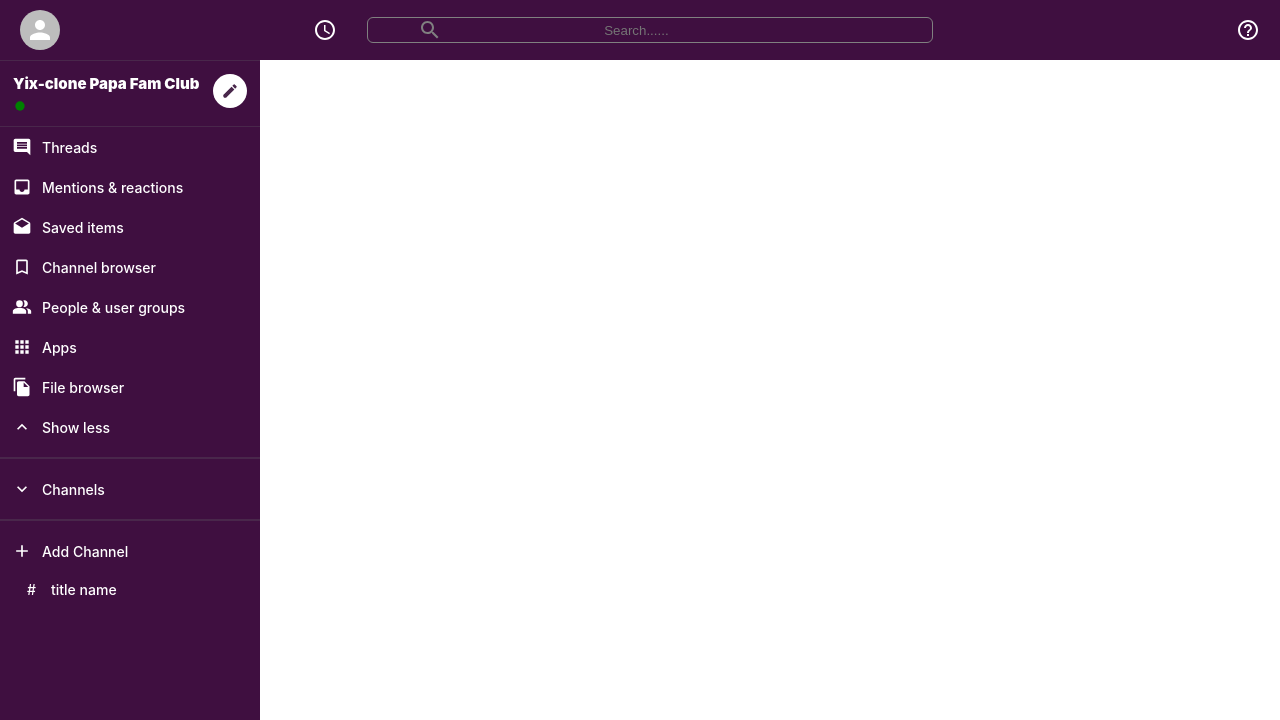
Repository: Tracy-maker/slack-clone
Page: /
An editor plug-in stored every save of this project. The page is shown before and after the next save, followed by the edit.
The browser window is 1280 px wide. The pictures show the whole page.
The project was rebuilt for these pictures with package versions that can differ from the ones it lists, and the page was loaded fresh each time. Also part of the build but not shown: src/App.css.

Above is the page before, as saved 2023-11-15 15:05:01.

### src/App.js
import React from "react";
import { createBrowserRouter, RouterProvider, Route } from "react-router-dom";
import styled from "styled-components";
import Chat from "./components/Chat/Chat";
import "./App.css";
import Login from "./components/Login/Login";
import Header from "./components/Header/Header";
import Sidebar from "./components/Sidebar/Sidebar";

const AppLoading = styled.div`
  display: grid;
  place-items: center;
  height: 100vh;
  width: 100%;
`;

const AppLoadingContents = styled.div`
  text-align: center;
  padding-bottom: 100px;
  display: flex;
  flex-direction: column;
  justify-content: center;
  align-items: center;

  > img {
    height: 100px;
    padding: 20px;
    margin-bottom: 40px;
  }
`;

const AppBody = styled.div`
  display: flex;
  height: 100vh;
`;

function App() {
  const router = createBrowserRouter([
    {
      path: "/",
      element: <Chat />,
    },
  ]);

  return (
    <div className="app">
      <Login />

      <>
        <Header />
        <AppBody>
          <Sidebar />
          <RouterProvider router={router} />
        </AppBody>
      </>
    </div>
  );
}

export default App;

### src/index.css
*{
    margin: 0;
  }

  body {
    --slack-color: #3f0f40;
    overflow: hidden;

    margin: 0;
    font-family: -apple-system, BlinkMacSystemFont, 'Segoe UI', 'Roboto', 'Oxygen',
      'Ubuntu', 'Cantarell', 'Fira Sans', 'Droid Sans', 'Helvetica Neue',
      sans-serif;
    -webkit-font-smoothing: antialiased;
    -moz-osx-font-smoothing: grayscale;
  }

  code {
    font-family: source-code-pro, Menlo, Monaco, Consolas, 'Courier New',
      monospace;
  }

### src/features/counterSlice.js
import { createSlice } from "@reduxjs/toolkit";

const initialState = {
  value: 0,
  status: "idle",
};

export const counterSlice = createSlice({
  name: "counter",
  initialState,
  // The `reducers` field lets us define reducers and generate associated actions
  reducers: {
    increment: (state) => {
      // Redux Toolkit allows us to write "mutating" logic in reducers. It
      // doesn't actually mutate the state because it uses the Immer library,
      // which detects changes to a "draft state" and produces a brand new
      // immutable state based off those changes
      state.value += 1;
    },
    decrement: (state) => {
      state.value -= 1;
    },
    // Use the PayloadAction type to declare the contents of `action.payload`
    incrementByAmount: (state, action) => {
      state.value += action.payload;
    },
  },
});

export default counterSlice.reducer;

### src/components/Chat/Chat.jsx
import React from "react";

function Chat() {
  return <div>chat</div>;
}

export default Chat;

### src/components/Header/Header.jsx
import React from "react";
import styled from "styled-components";
import { Avatar } from "@mui/material";
import { AccessTime, HelpOutline, Search } from "@mui/icons-material";

const HeaderContainer = styled.div`
  display: flex;
  position: fixed;
  width: 100%;
  align-items: center;
  justify-content: space-between;
  padding: 10px 0;
  background-color: var(--slack-color);
  color: white;
`;

const HeaderLeft = styled.div`
  flex: 0.3;
  display: flex;
  align-items: center;
  margin-left: 20px;

  > .MuiSvgIcon-root {
    margin-left: auto;
    margin-right: 30px;
  }
`;

const HeaderAvatar = styled(Avatar)`
  cursor: pointer;

  :hover {
    opacity: 0.8;
  }
`;

const HeaderSearch = styled.div`
  flex: 0.4;
  opacity: 1;
  border-radius: 6px;
  border-color: #421f44;
  text-align: center;
  display: flex;
  padding: 0 50px;
  color: gray;
  border: 1px gray solid;

  > input {
    background-color: transparent;
    border: none;
    text-align: center;
    min-width: 30vw;
    outline: 0;
    color: white;
  }
`;

const HeaderRight = styled.div`
  flex: 0.3;
  display: flex;
  align-items: flex-end;

  > .MuiSvgIcon-root {
    margin: auto;
    margin-right: 20px;
  }
`;

function Header() {
  return (
    <HeaderContainer>
      <HeaderLeft>
        <HeaderAvatar />
        <AccessTime />
      </HeaderLeft>

      <HeaderSearch>
        <Search />
        <input placeholder="Search......" />
      </HeaderSearch>

      <HeaderRight>
        <HelpOutline />
      </HeaderRight>
    </HeaderContainer>
  );
}

export default Header;

### src/components/Sidebar/Sidebar.jsx
import React from "react";
import styled from "styled-components";
import FiberManualRecordIcon from "@mui/icons-material/FiberManualRecord";
import CreateIcon from "@mui/icons-material/Create";
import InsertCommentIcon from "@mui/icons-material/InsertComment";
import InboxIcon from "@mui/icons-material/Inbox";
import DraftsIcon from "@mui/icons-material/Drafts";
import BookmarkBorderIcon from "@mui/icons-material/BookmarkBorder";
import PeopleAltIcon from "@mui/icons-material/PeopleAlt";
import AppsIcon from "@mui/icons-material/Apps";
import FileCopyIcon from "@mui/icons-material/FileCopy";
import ExpandLessIcon from "@mui/icons-material/ExpandLess";
import ExpandMoreIcon from "@mui/icons-material/ExpandMore";
import AddIcon from "@mui/icons-material/Add";
import SidebarOption from "../SidebarOption/SidebarOption";

const SidebarContainer = styled.div`
  flex: 0.3;
  color: white;
  background-color: var(--slack-color);
  border-top: 1px solid #49274b;
  max-width: 260px;
  margin-top: 60px;

  > hr {
    margin-top: 10px;
    margin-bottom: 10px;
    border: 1px solid #49274b;
  }
`;

const SidebarHeader = styled.div`
  display: flex;
  border-bottom: 1px solid #49274b;
  padding: 13px;

  > .MuiSvgIcon-root {
    padding: 8px;
    color: #49274b;
    font-size: 18px;
    background-color: white;
    border-radius: 999px;
  }
`;

const SidebarInfo = styled.div`
  flex: 1;

  > h2 {
    font-size: 15px;
    font-weight: 900;
    margin-bottom: 5px;
  }

  > h3 {
    display: flex;
    font-size: 13px;
    font-weight: 400;
    align-items: center;
  }

  > h3 > .MuiSvgIcon-root {
    font-size: 14px;
    margin-top: 1px;
    margin-right: 2px;
    color: green;
  }
`;

function Sidebar() {
  return (
    <SidebarContainer>
      <SidebarHeader>
        <SidebarInfo>
          <h2>Yix-clone Papa Fam Club</h2>
          <h3>
            <FiberManualRecordIcon />
          </h3>
        </SidebarInfo>
        <CreateIcon />
      </SidebarHeader>
      <SidebarOption Icon={InsertCommentIcon} title="Threads" />
      <SidebarOption Icon={InboxIcon} title="Mentions & reactions" />
      <SidebarOption Icon={DraftsIcon} title="Saved items" />
      <SidebarOption Icon={BookmarkBorderIcon} title="Channel browser" />
      <SidebarOption Icon={PeopleAltIcon} title="People & user groups" />
      <SidebarOption Icon={AppsIcon} title="Apps" />
      <SidebarOption Icon={FileCopyIcon} title="File browser" />
      <SidebarOption Icon={ExpandLessIcon} title="Show less" />
      <hr />
      <SidebarOption Icon={ExpandMoreIcon} title="Channels" />
      <hr />
      <SidebarOption Icon={AddIcon} title="Add Channel" addChannelOption />

      <SidebarOption key="id" title="title name" id="id" />
    </SidebarContainer>
  );
}

export default Sidebar;

### src/components/SidebarOption/SidebarOption.jsx
import React from "react";
import styled from "styled-components";

const SidebarOptionContainer = styled.div`
  display: flex;
  font-size: 12px;
  align-items: center;
  padding-left: 2px;
  cursor: pointer;

  :hover {
    opacity: 0.9;
    background-color: #340e36;
  }

  > h3 {
    font-weight: 500;
  }

  > h3 > span {
    padding: 15px;
  }
`;

const SidebarOptionChannel = styled.h3`
  padding: 10px;
  font-weight: 300;
`;

function SidebarOption({ Icon, title, addChannelOption, id }) {
  return (
    <SidebarOptionContainer>
      {Icon && <Icon fontSize="small" style={{ padding: 10 }} />}
      {Icon ? (
        <h3>{title}</h3>
      ) : (
        <SidebarOptionChannel>
          <span>#</span>
          {title}
        </SidebarOptionChannel>
      )}
    </SidebarOptionContainer>
  );
}

export default SidebarOption;

Loaded but not shown: public/index.html (common file); src/index.js (common file); src/app/store.js (common file); src/components/Login/Login.jsx (common file)

After the next save:
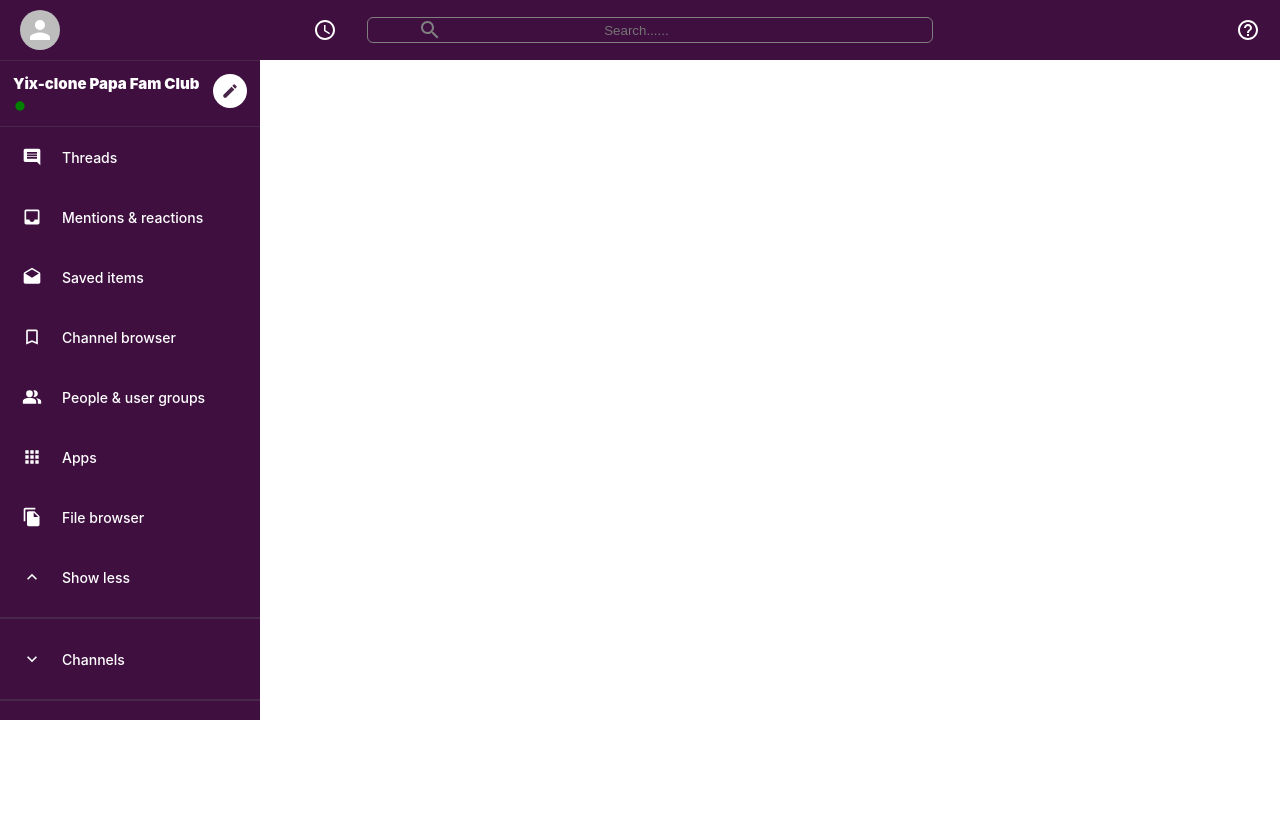
Saved 9 s later.
--- a/src/components/SidebarOption/SidebarOption.jsx
+++ b/src/components/SidebarOption/SidebarOption.jsx
@@ -30,7 +30,7 @@
 function SidebarOption({ Icon, title, addChannelOption, id }) {
   return (
     <SidebarOptionContainer>
-      {Icon && <Icon fontSize="small" style={{ padding: 10 }} />}
+      {Icon && <Icon fontSize="small" style={{ padding: 20 }} />}
       {Icon ? (
         <h3>{title}</h3>
       ) : (

After the save that followed:
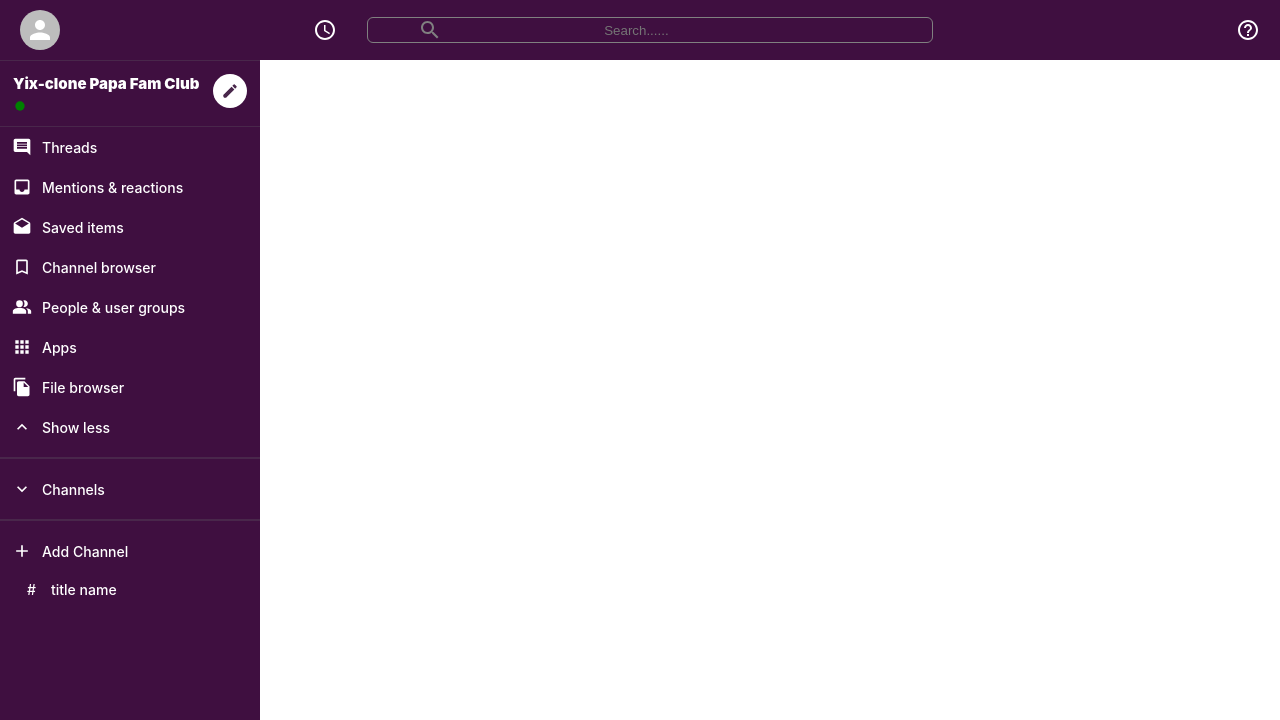
Saved 12 s later.
--- a/src/components/SidebarOption/SidebarOption.jsx
+++ b/src/components/SidebarOption/SidebarOption.jsx
@@ -30,7 +30,7 @@
 function SidebarOption({ Icon, title, addChannelOption, id }) {
   return (
     <SidebarOptionContainer>
-      {Icon && <Icon fontSize="small" style={{ padding: 20 }} />}
+      {Icon && <Icon fontSize="small" style={{ padding: 10 }} />}
       {Icon ? (
         <h3>{title}</h3>
       ) : (
